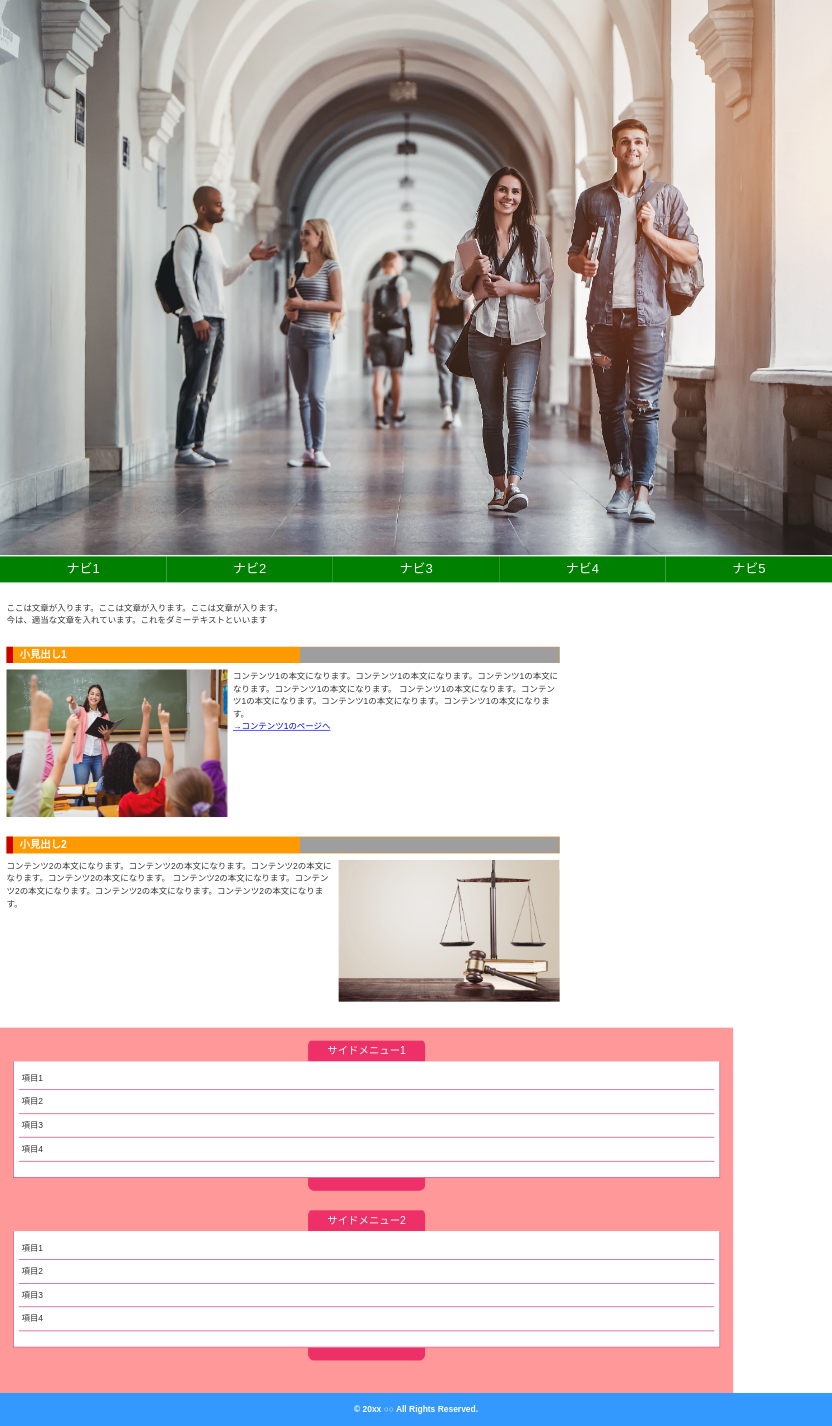
Repository: Soto-Iwaki/samurai_HTML-CSS
Page: home.html
The author's editor kept a record of every edit. The page is drawn from the files as they stood at one moment, then again after the next edit.
The browser window is 1280 px wide. The pictures show the whole page, at 65% of full size.
Pictures or frames that could not be fetched are drawn as grey boxes.

Above is the page before.

### home.html
<!DOCTYPE html>
<html lang="ja">
    <head>
        <meta charset="UTF-8">
        <title>HTML/CSSの学習</title>
        <link rel="stylesheet" href="stylesheet.css">
    </head>
    <body>
            <div id="header">
                <h1><a href="index.html"><img id="corridor" src="images/corridor.jpg" alt="大学の廊下" /></a></h1>
            </div>
        <div id="wrapper">
            <div id="nav">
                <ul>
                    <li><a href="home.html">ナビ1</a></li>
                    <li><a href="#">ナビ2</a></li>
                    <li><a href="#">ナビ3</a></li>
                    <li><a href="#">ナビ4</a></li>
                    <li><a href="#">ナビ5</a></li>
                </ul>
            </div>
                <div id="container">
                    <div id="main">
                        <div class="post">
                            <p>ここは文章が入ります。ここは文章が入ります。ここは文章が入ります。<br/>今は、適当な文章を入れています。これをダミーテキストといいます</p>
                        </div>
                        <div class="post clearfix">
                            <h2>小見出し1</h2>
                            <img class="left" src="images/classroom.jpg" alt="授業風景" />
                            <p>
                                コンテンツ1の本文になります。コンテンツ1の本文になります。コンテンツ1の本文になります。コンテンツ1の本文になります。
                                コンテンツ1の本文になります。コンテンツ1の本文になります。コンテンツ1の本文になります。コンテンツ1の本文になります。
                            </p>
                            <p><a href="#">→コンテンツ1のページへ</a></p>
                        </div>
                    <div class="post clearfix">
                        <h2>小見出し2</h2>
                        <img class="right" src="images/scale.jpg" alt="天秤" />
                        <p>
                            コンテンツ2の本文になります。コンテンツ2の本文になります。コンテンツ2の本文になります。コンテンツ2の本文になります。
                            コンテンツ2の本文になります。コンテンツ2の本文になります。コンテンツ2の本文になります。コンテンツ2の本文になります。
                        </p>
                    </div>
                </div>
        </div>
            <div id="side">
                <div class="box">
                    <h2>サイドメニュー1</h2>
                    <div class="boxBody">
                        <ul>
                            <li>項目1</li>
                            <li>項目2</li>
                            <li>項目3</li>
                            <li>項目4</li>
                        </ul>
                    </div>
                </div>
            <div class="box">
                <h2>サイドメニュー2</h2>
                <div class="boxBody">
                    <ul>
                        <li>項目1</li>
                        <li>項目2</li>
                        <li>項目3</li>
                        <li>項目4</li>
                    </ul>
                </div>
            </div>
        </div>
        </div>
        <div id="footer">
            <p>&copy; 20xx ○○ All Rights Reserved.</p>
        </div>
    </body>
</html>

### stylesheet.css
@charset "utf-8";

body {
	margin: 0;
	padding: 0;
	font-family: "ヒラギノ角ゴ Pro W3", "Hiragino Kaku Gothic Pro", "メイリオ", Meiryo, Osaka, "ＭＳ Ｐゴシック", "MS PGothic", sans-serif;
	color: #333;
	font-size: 13px;
	line-height: 150%;
}

/* -------------------- wrapper -------------------- */
#wrapper {
	width: 100%;
	margin: auto;
	padding: 0px;
	border: 0px;
	background-color: #FFF;
	top: 10px;
}

/* -------------------- header -------------------- */
#header {
	width: 100%;
}
#header h1 {
	margin: 0;
	padding: 0;
}

#corridor {
	width: 100%;
	height: auto;
}

/* -------------------- footer -------------------- */
#footer {
	clear: both;
	width: 100%;
	padding: 3px 0 3px 0;
	background: #39F;
	color: #FFF;
	font-weight: bold;
	text-align: center;
}

/* -------------------- nav -------------------- */
#nav {
	width: 100%;
}
#nav ul {
	display: flex;
	margin: 0;
	padding: 0;
	list-style-type: none;
}
#nav ul li {
	width: 20%;
	text-align: center;
}
#nav ul li a {
	display: block;
	height: 20px;
	margin: 0;
	padding: 10px;
	color: #FFF;
	font-size: 20px;
	text-decoration: none;
	background-color: green;
}

#nav ul li a:hover {
	filter: drop-shadow(10px 10px 10px black);
}

/* -------------------- container -------------------- */
#container {
	width: 100%;
	margin: auto ;
	padding: auto;
	padding-top: 20px;
	clear: both;
	display: grid;
	grid-template-columns: 70vw 30vw;
}
/* -------------------- main -------------------- */
#main {
	width: 95%;
	padding: 10px 30px 10px 10px;
}
#main h2 {
	margin: 0 0 10px 0;
	padding: 3px 10px 3px 10px;
	color: #FFF;
	font-size: 16px;
	border-left: solid 10px #C00;
	background: #F90 url(../images/main_h2.jpg) right top repeat-y;
}
#main p {
	margin: 0;
	padding: 0;
}
#main .post {
	margin: 0 0 30px 0;
}

#main .post img.right {
	margin: 0 0 0 8px;
}
#main .post img.left {
	margin: 0 8px 0 0;
}

.right {
	float: right;
	width: 40%;
	height: auto;
}
.left {
	float: left;
	width: 40%;
	height: auto;
}

/* -------------------- clearfix -------------------- */
.clearfix {
	zoom: 1;
}
.clearfix:after{
	content: "";
	display: block;
	clear: both;
}

/* -------------------- side -------------------- */
#side {
	width: 85%;
	padding: 20px;
	background-color: #F99;
}
#side .box {
	margin: 0 auto 30px auto;
	padding: 0 0 20px 0;
	background: url(images/side_box.png) bottom no-repeat;
}
#side .box h2 {
	margin: 0;
	padding: 8px;
	text-align: center;
	color: #fff;
	font-size: 16px;
	line-height: 16px;
	font-weight: normal;
	background: url(images/side_box_h2.png) center no-repeat;
}
#side .box .boxBody {
	padding: 8px;
	border-right: solid 1px #C36;
	border-bottom: solid 1px #C36;
	border-left: solid 1px #C36;
	background: #fff;
}
#side .box .boxBody ul {
	margin: 0 0 16px 0;
	padding: 0;
}
#side .box .boxBody ul li {
	padding: 8px 0 8px 4px;
	list-style: none;
	border-bottom: solid 1px #C36;
}

#side .box .boxBody ul li:hover {
	padding: 8px 0 8px 4px;
	list-style: none;
	border-bottom: solid 1px #C36;
	box-shadow: 0px 4px 4px rgba(0, 0, 0, 0.3);
}

After the next edit:
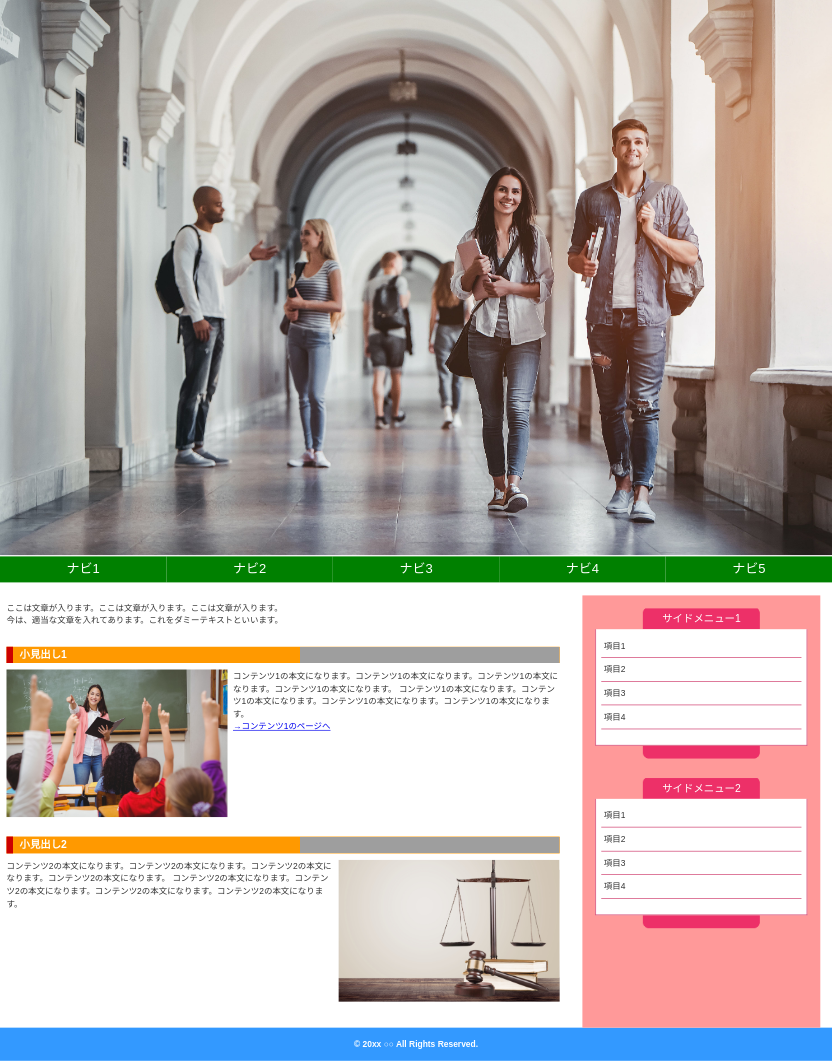
The edit:
--- a/home.html
+++ b/home.html
@@ -6,9 +6,9 @@
         <link rel="stylesheet" href="stylesheet.css">
     </head>
     <body>
-            <div id="header">
-                <h1><a href="index.html"><img id="corridor" src="images/corridor.jpg" alt="大学の廊下" /></a></h1>
-            </div>
+        <div id="header">
+            <h1><a href="index.html"><img id="corridor" src="images/corridor.jpg" alt="大学の廊下" /></a></h1>
+        </div>
         <div id="wrapper">
             <div id="nav">
                 <ul>
@@ -19,20 +19,20 @@
                     <li><a href="#">ナビ5</a></li>
                 </ul>
             </div>
-                <div id="container">
-                    <div id="main">
-                        <div class="post">
-                            <p>ここは文章が入ります。ここは文章が入ります。ここは文章が入ります。<br/>今は、適当な文章を入れています。これをダミーテキストといいます</p>
-                        </div>
-                        <div class="post clearfix">
-                            <h2>小見出し1</h2>
-                            <img class="left" src="images/classroom.jpg" alt="授業風景" />
-                            <p>
-                                コンテンツ1の本文になります。コンテンツ1の本文になります。コンテンツ1の本文になります。コンテンツ1の本文になります。
-                                コンテンツ1の本文になります。コンテンツ1の本文になります。コンテンツ1の本文になります。コンテンツ1の本文になります。
-                            </p>
-                            <p><a href="#">→コンテンツ1のページへ</a></p>
-                        </div>
+            <div id="container">
+                <div id="main">
+                    <div class="post">
+                        <p>ここは文章が入ります。ここは文章が入ります。ここは文章が入ります。<br />今は、適当な文章を入れてあります。これをダミーテキストといいます。</p>
+                    </div>
+                    <div class="post clearfix">
+                        <h2>小見出し1</h2>
+                        <img class="left" src="images/classroom.jpg" alt="授業風景" />
+                        <p>
+                            コンテンツ1の本文になります。コンテンツ1の本文になります。コンテンツ1の本文になります。コンテンツ1の本文になります。
+                            コンテンツ1の本文になります。コンテンツ1の本文になります。コンテンツ1の本文になります。コンテンツ1の本文になります。
+                        </p>
+                        <p><a href="#">→コンテンツ1のページへ</a></p>
+                    </div>
                     <div class="post clearfix">
                         <h2>小見出し2</h2>
                         <img class="right" src="images/scale.jpg" alt="天秤" />
@@ -42,31 +42,31 @@
                         </p>
                     </div>
                 </div>
-        </div>
-            <div id="side">
-                <div class="box">
-                    <h2>サイドメニュー1</h2>
-                    <div class="boxBody">
-                        <ul>
-                            <li>項目1</li>
-                            <li>項目2</li>
-                            <li>項目3</li>
-                            <li>項目4</li>
-                        </ul>
+                <div id="side">
+                    <div class="box">
+                        <h2>サイドメニュー1</h2>
+                        <div class="boxBody">
+                            <ul>
+                                <li>項目1</li>
+                                <li>項目2</li>
+                                <li>項目3</li>
+                                <li>項目4</li>
+                            </ul>
+                        </div>
+                    </div>
+                    <div class="box">
+                        <h2>サイドメニュー2</h2>
+                        <div class="boxBody">
+                            <ul>
+                                <li>項目1</li>
+                                <li>項目2</li>
+                                <li>項目3</li>
+                                <li>項目4</li>
+                            </ul>
+                        </div>
                     </div>
                 </div>
-            <div class="box">
-                <h2>サイドメニュー2</h2>
-                <div class="boxBody">
-                    <ul>
-                        <li>項目1</li>
-                        <li>項目2</li>
-                        <li>項目3</li>
-                        <li>項目4</li>
-                    </ul>
-                </div>
             </div>
-        </div>
         </div>
         <div id="footer">
             <p>&copy; 20xx ○○ All Rights Reserved.</p>
